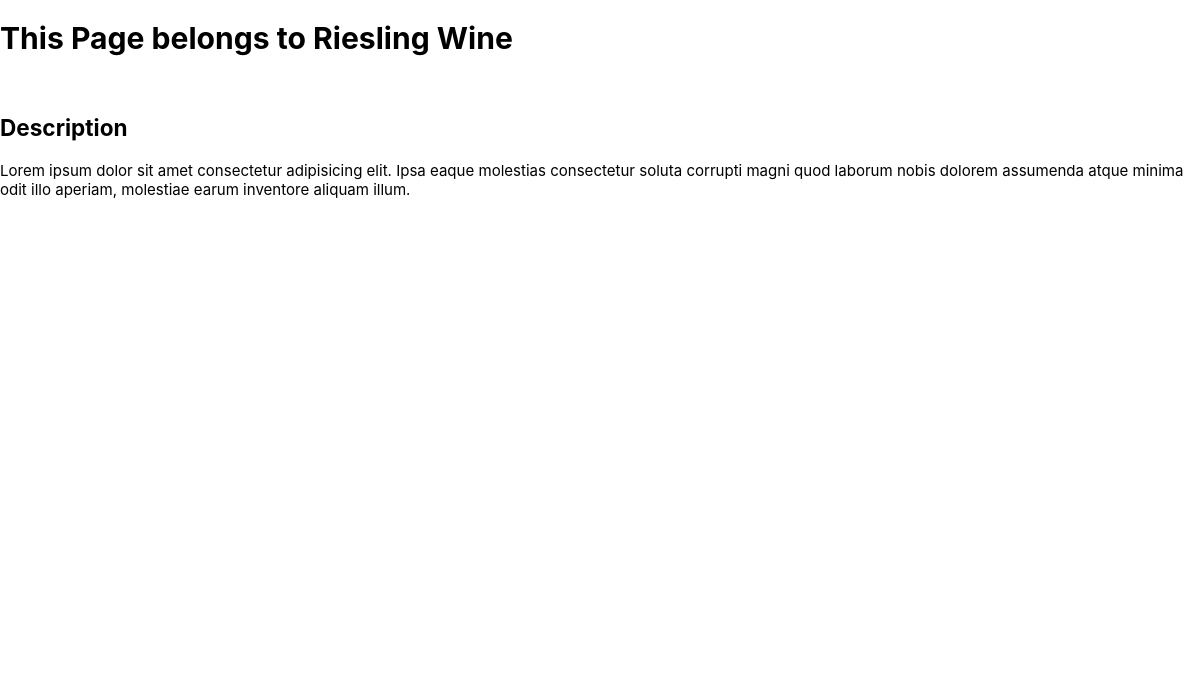
Repository: portretrieve/react-practice
Page: /
The author's editor kept a copy of each file at every save. The page is drawn from the files as they stood at one save, then again after the next save.
The browser window is 1280 px wide. The pictures show the whole page, at 94% of full size.
The project was rebuilt for these pictures with package versions that can differ from the ones it lists, and the page was loaded fresh each time. Also part of the build but not shown: src/wines/Syrah.js, src/beers/ale.js, src/beers/lager.js, src/beers/Trappist.js.

Above is the page before, as saved 2021-08-26 18:58:53.

### src/App.js
import { BrowserRouter, Route, Switch } from "react-router-dom";

import Riesling from "./wines/Riesling";
import Syrah from "./wines/Syrah";
import Ale from "./beers/ale";
import Lager from "./beers/lager";
import Trappist from "./beers/Trappist";

function App() {
  return (
    <BrowserRouter>
      <Route path="/">
        <Riesling />
      </Route>
    </BrowserRouter>
  );
}

export default App;

### src/wines/Riesling.js
import React from "react";

function Riesling() {
  return (
    <div>
      <h1>This Page belongs to Riesling Wine</h1>
      <br />
      <h2>Description</h2>
      <p>
        Lorem ipsum dolor sit amet consectetur adipisicing elit. Ipsa eaque
        molestias consectetur soluta corrupti magni quod laborum nobis dolorem
        assumenda atque minima odit illo aperiam, molestiae earum inventore
        aliquam illum.
      </p>
    </div>
  );
}

export default Riesling;

Loaded but not shown: public/index.html (common file); src/index.js (common file); src/index.css (common file)

After the next save:
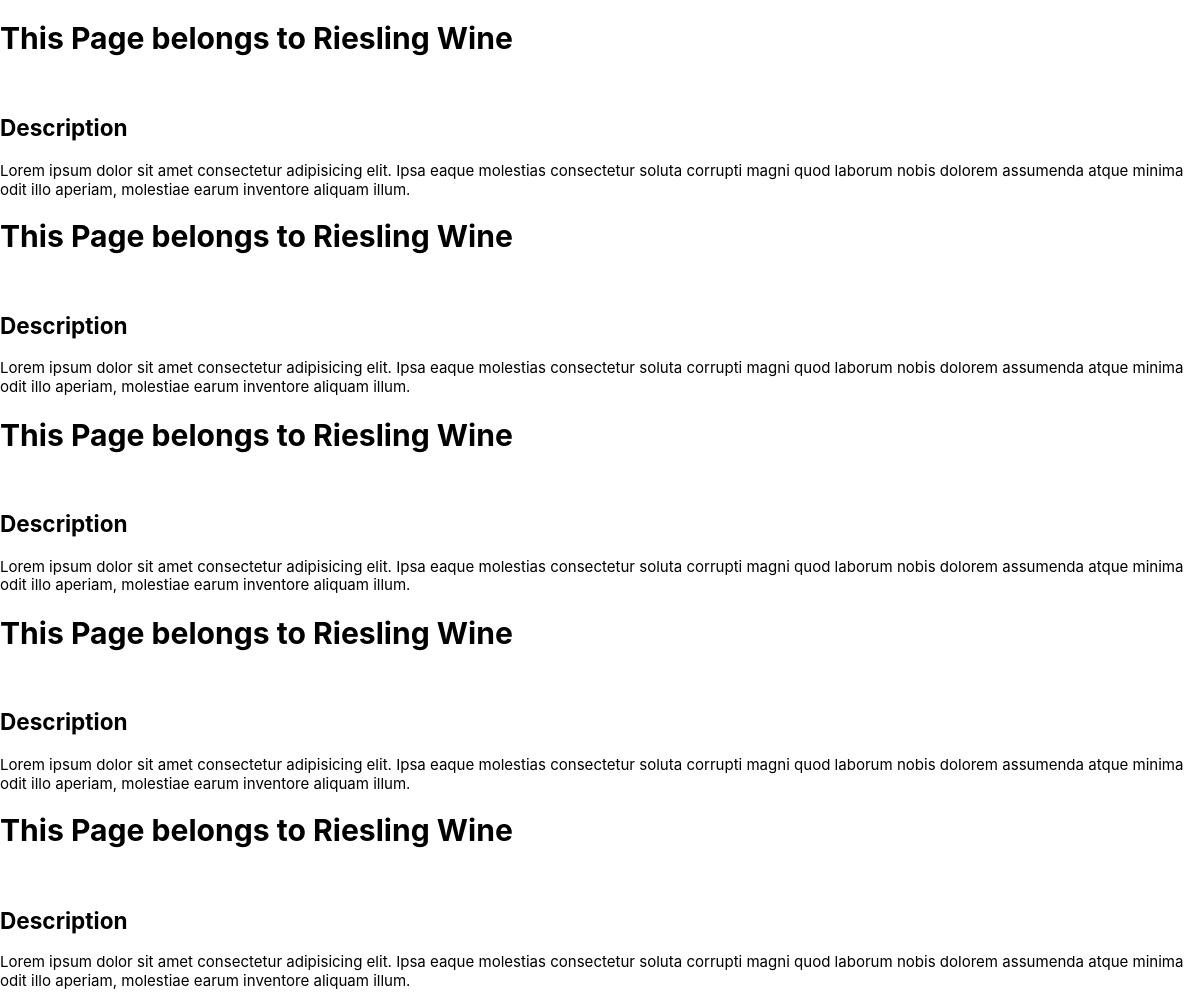
Saved 12 s later.
--- a/src/App.js
+++ b/src/App.js
@@ -12,6 +12,18 @@ function App() {
       <Route path="/">
         <Riesling />
       </Route>
+      <Route path="/">
+        <Riesling />
+      </Route>{" "}
+      <Route path="/">
+        <Riesling />
+      </Route>{" "}
+      <Route path="/">
+        <Riesling />
+      </Route>{" "}
+      <Route path="/">
+        <Riesling />
+      </Route>
     </BrowserRouter>
   );
 }
